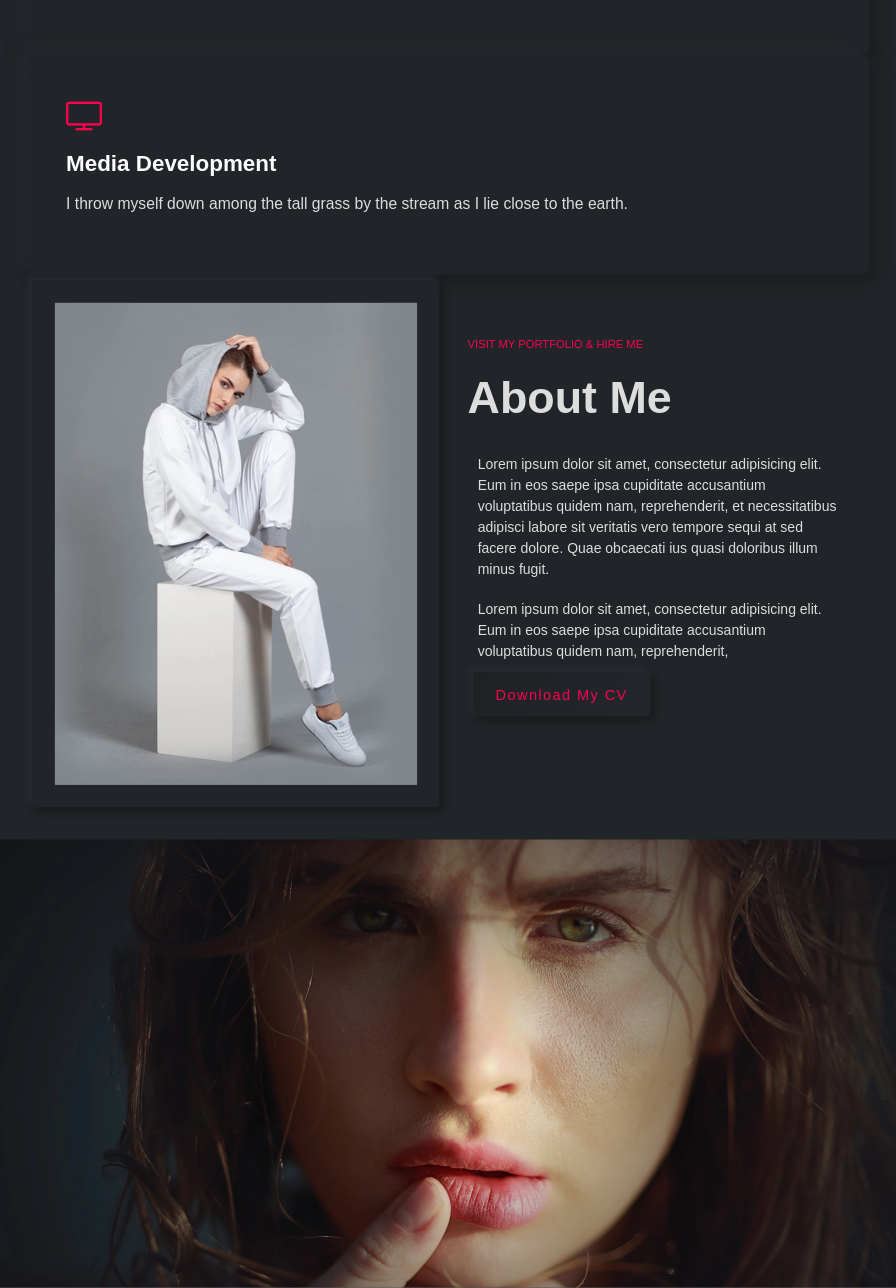
Repository: arminprogramme/inbio
Page: /
The author's editor kept a copy of each file at every save. The page is drawn from the files as they stood at one save, then again after the next save.
The browser window is 1280 px wide. The pictures show the part of the page from y = 1515 to 3435 px (the page is 3355 px tall before and 3435 px after), at 70% of full size.
Backgrounds fixed to the window are drawn as part of the page. Some web libraries are served in a nearby version. The project was rebuilt for these pictures with package versions that can differ from the ones it lists, and the page was loaded fresh each time. Also part of the build but not shown: vite.config.js.

Above is the page before, as saved 2023-10-20 04:09:11.

After the next save:
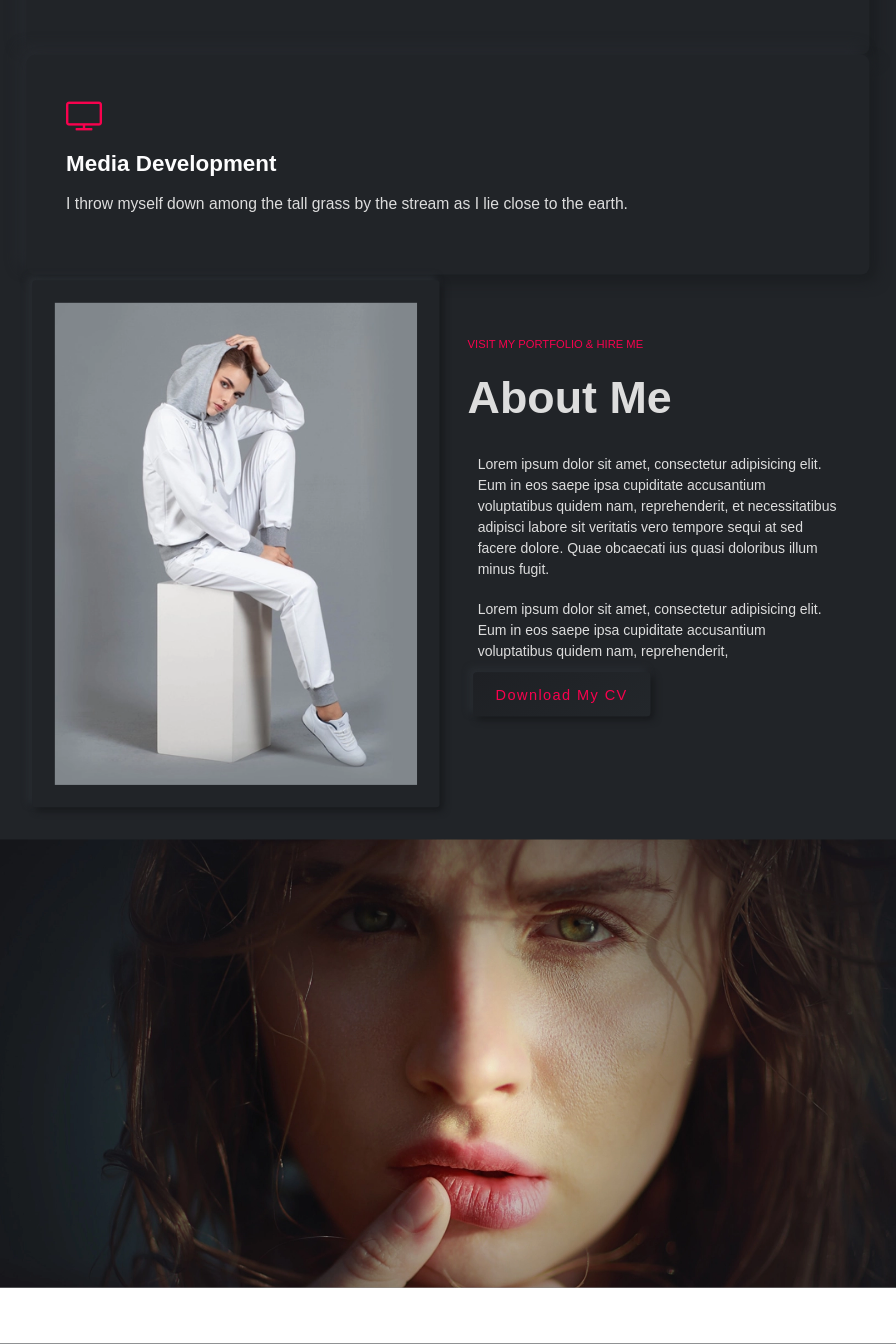
Saved 10 s later.
--- a/src/Component/Body/Body.css
+++ b/src/Component/Body/Body.css
@@ -10,4 +10,5 @@
     background-attachment: fixed;
     background-size: cover;
     background-position: center;
+    margin-bottom: 5rem;
 }
